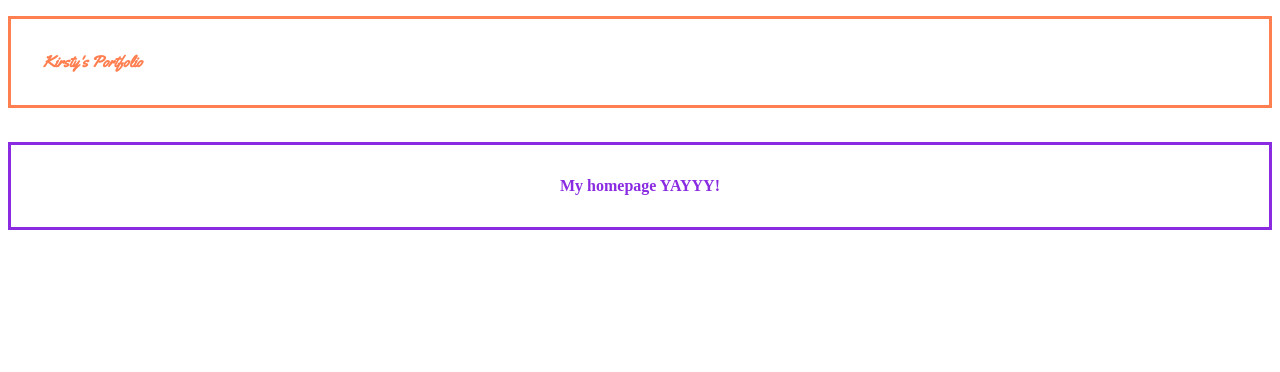
Repository: KLM94/React-Portfolio
Page: /
The author's editor kept a copy of each file at every save. The page is drawn from the files as they stood at one save, then again after the next save.
The browser window is 1280 px wide. The pictures show the whole page.
The project was rebuilt for these pictures with package versions that can differ from the ones it lists, and the page was loaded fresh each time. Also part of the build but not shown: src/index.css.

Above is the page before, as saved 2020-03-30 12:22:12.

After the next save:
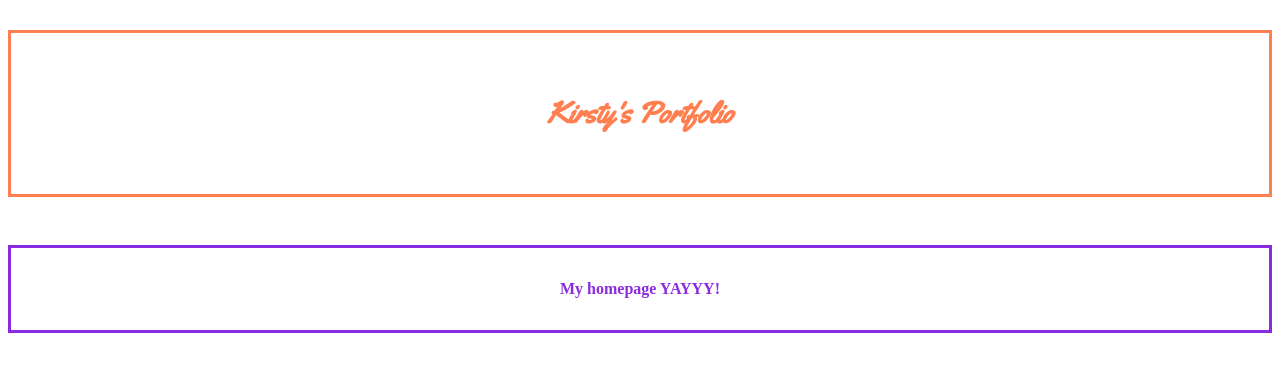
Saved 12 s later.
--- a/src/CSS Modules/Header.module.css
+++ b/src/CSS Modules/Header.module.css
@@ -2,7 +2,8 @@
 
 .headerText {
   font-family: "Yellowtail", cursive;
-  ftext-align: center;
+  font-size: 30px;
+  text-align: center;
   color: coral;
   font-weight: bolder;
   border-style: solid;
